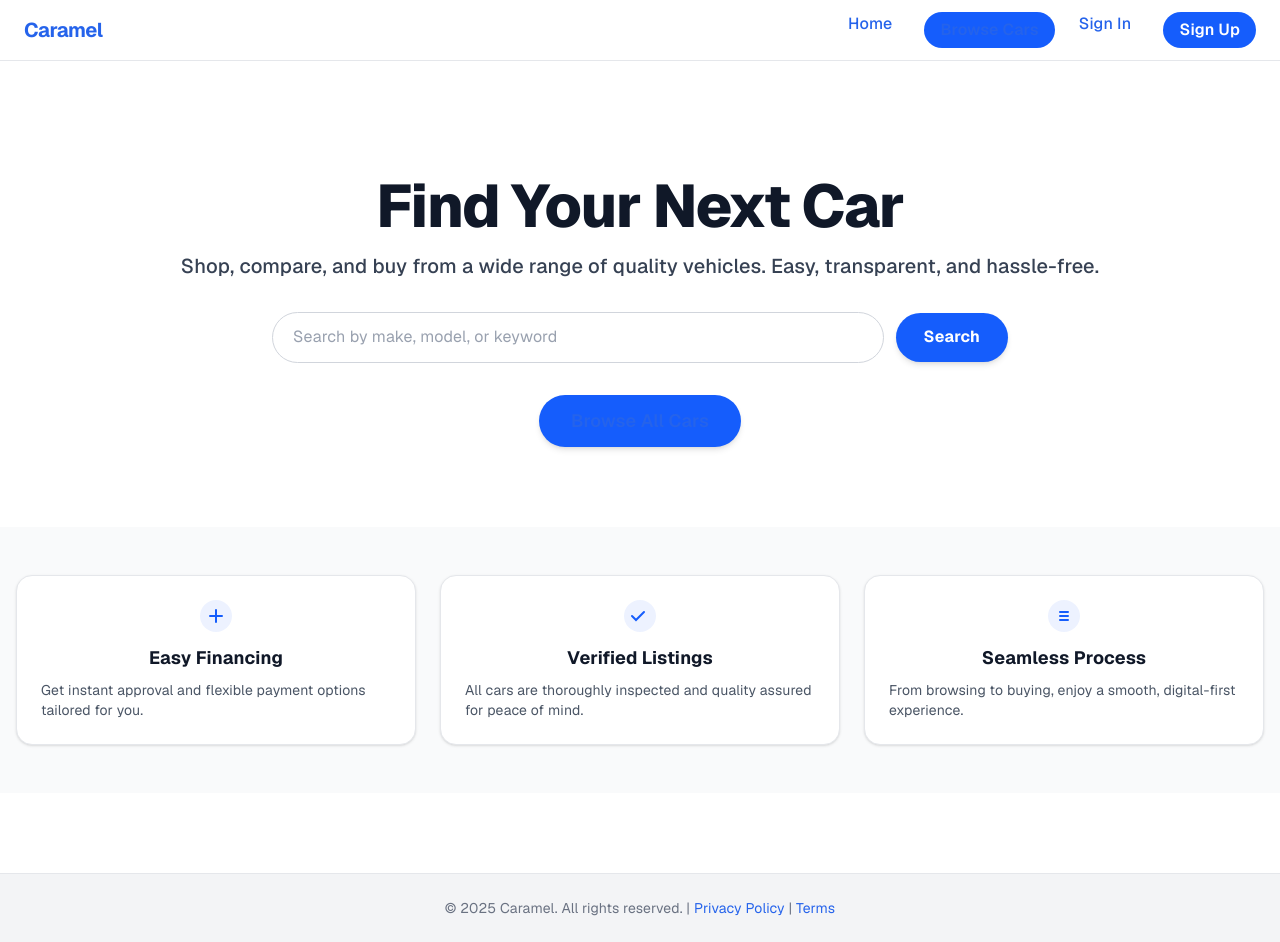
Repository: virat07/sellyourcar
Page: /
These files come from the project's save history. The page is drawn as it stood at one moment and after the next save; the edit follows.
The browser window is 1280 px wide. The pictures show the whole page.
The project was rebuilt for these pictures with package versions that can differ from the ones it lists, and the page was loaded fresh each time. The framework's server and built-in components were replaced by stand-ins that run in the browser. Also part of the build but not shown: next.config.ts.

Above is the page before, as saved 2025-07-18 15:36:41.

### src/app/layout.tsx
import type { Metadata } from "next";
import { Geist, Geist_Mono } from "next/font/google";
import "./globals.css";
import NavBar from "../components/NavBar";

const geistSans = Geist({
  variable: "--font-geist-sans",
  subsets: ["latin"],
});

const geistMono = Geist_Mono({
  variable: "--font-geist-mono",
  subsets: ["latin"],
});

export const metadata: Metadata = {
  title: "Create Next App",
  description: "Generated by create next app",
};

export default function RootLayout({
  children,
}: Readonly<{
  children: React.ReactNode;
}>) {
  return (
    <html lang="en">
      <body
        className={`${geistSans.variable} ${geistMono.variable} antialiased text-[var(--foreground)]`}
      >
        <NavBar />
        <div className="w-full px-0 pt-24 pb-12 min-h-[80vh]">
          {children}
        </div>
        <footer className="w-full bg-gray-100 border-t border-gray-200 py-6 mt-8">
          <div className="max-w-7xl mx-auto px-4 text-center text-gray-500 text-sm">
            &copy; {new Date().getFullYear()} Caramel. All rights reserved. | <a href="#" className="text-blue-600 hover:underline">Privacy Policy</a> | <a href="#" className="text-blue-600 hover:underline">Terms</a>
          </div>
        </footer>
      </body>
    </html>
  );
}

### src/app/page.tsx
import Link from "next/link";

export default function Home() {
  return (
    <main className=" bg-white">
      <div >
        <section className="w-full text-center py-20">
          <h1 className="text-5xl sm:text-6xl font-extrabold tracking-tight mb-4 text-gray-900">
            Find Your Next Car
          </h1>
          <p className="text-lg sm:text-xl text-gray-700 font-medium mb-8">
            Shop, compare, and buy from a wide range of quality vehicles. Easy, transparent, and hassle-free.
          </p>
          {/* Search Bar (not functional) */}
          <form className="w-full flex flex-col sm:flex-row items-center gap-3 mb-8 px-4 max-w-3xl mx-auto">
            <input
              type="text"
              placeholder="Search by make, model, or keyword"
              className="flex-1 px-5 py-3 rounded-full border border-gray-300 focus:border-blue-500 focus:ring-2 focus:ring-blue-200 outline-none text-lg bg-white text-gray-900 placeholder:text-gray-400"
              aria-label="Search cars"
            />
            <button
              type="submit"
              className="px-7 py-3 bg-blue-600 text-white font-bold rounded-full shadow-md hover:bg-blue-700 transition-all text-lg"
            >
              Search
            </button>
          </form>
          <Link
            href="/cars"
            className="inline-block px-8 py-3 bg-blue-600 text-white text-lg font-semibold rounded-full shadow-md hover:bg-blue-700 transition"
          >
            Browse All Cars
          </Link>
        </section>
      </div>
      <section className="w-full bg-gray-50 py-12">
        <div className="max-w-7xl mx-auto px-4 grid grid-cols-1 sm:grid-cols-3 gap-6">
          <div className="bg-white border border-gray-200 rounded-2xl p-6 shadow-sm flex flex-col items-center">
            <svg width="32" height="32" fill="none" className="mb-3 text-blue-600"><circle cx="16" cy="16" r="16" fill="currentColor" fillOpacity="0.08"/><path d="M10 16h12M16 10v12" stroke="currentColor" strokeWidth="2" strokeLinecap="round"/></svg>
            <h3 className="font-bold text-lg mb-2 text-gray-900">Easy Financing</h3>
            <p className="text-sm text-gray-600">Get instant approval and flexible payment options tailored for you.</p>
          </div>
          <div className="bg-white border border-gray-200 rounded-2xl p-6 shadow-sm flex flex-col items-center">
            <svg width="32" height="32" fill="none" className="mb-3 text-blue-600"><circle cx="16" cy="16" r="16" fill="currentColor" fillOpacity="0.08"/><path d="M8 16l4 4 8-8" stroke="currentColor" strokeWidth="2" strokeLinecap="round"/></svg>
            <h3 className="font-bold text-lg mb-2 text-gray-900">Verified Listings</h3>
            <p className="text-sm text-gray-600">All cars are thoroughly inspected and quality assured for peace of mind.</p>
          </div>
          <div className="bg-white border border-gray-200 rounded-2xl p-6 shadow-sm flex flex-col items-center">
            <svg width="32" height="32" fill="none" className="mb-3 text-blue-600"><circle cx="16" cy="16" r="16" fill="currentColor" fillOpacity="0.08"/><path d="M12 20h8M12 16h8M12 12h8" stroke="currentColor" strokeWidth="2" strokeLinecap="round"/></svg>
            <h3 className="font-bold text-lg mb-2 text-gray-900">Seamless Process</h3>
            <p className="text-sm text-gray-600">From browsing to buying, enjoy a smooth, digital-first experience.</p>
          </div>
        </div>
      </section>
    </main>
  );
}

### src/app/globals.css
@import "tailwindcss";

:root {
  --background: #fff;
  --accent: #2563eb;
  --border: #e5e7eb;
}

body {
  background: #fff;
  color: var(--foreground);
  font-family: var(--font-geist-sans, Arial, Helvetica, sans-serif);
  font-weight: 400;
  letter-spacing: 0.01em;
  line-height: 1.6;
  margin: 0;
  padding: 0;
}

* {
  box-sizing: border-box;
}

a {
  color: var(--accent);
  text-decoration: none;
  transition: color 0.2s;
}
a:hover {
  text-decoration: underline;
  color: #1d4ed8;
}

input, button, textarea, select {
  font-family: inherit;
  font-size: 1rem;
}

### src/components/NavBar.tsx
import Link from "next/link";

export default function NavBar() {
  return (
    <nav className="w-full bg-white border-b border-[var(--border)] py-3 px-6 flex items-center justify-between fixed top-0 left-0 z-50 shadow-none">
      <div className="text-xl font-bold tracking-tight text-[var(--accent)]">
        <Link href="/">Caramel</Link>
      </div>
      <div className="flex gap-6 text-base font-medium">
        <Link href="/" className="hover:text-[var(--accent)] transition-colors">Home</Link>
        <Link
          href="/cars"
          className="ml-2 px-4 py-1.5 bg-blue-600 text-white rounded-full hover:bg-blue-700 transition-colors font-semibold"
        >
          Browse Cars
        </Link>
        <Link href="/auth/signin" className="hover:text-[var(--accent)] transition-colors">Sign In</Link>
        <Link
          href="/auth/signup"
          style={{ color: "#fff" }}
          className="ml-2 px-4 py-1.5 bg-blue-600 rounded-full hover:bg-blue-700 transition-colors font-semibold"
        >
          Sign Up
        </Link>
      </div>
    </nav>
  );
}

After the next save:
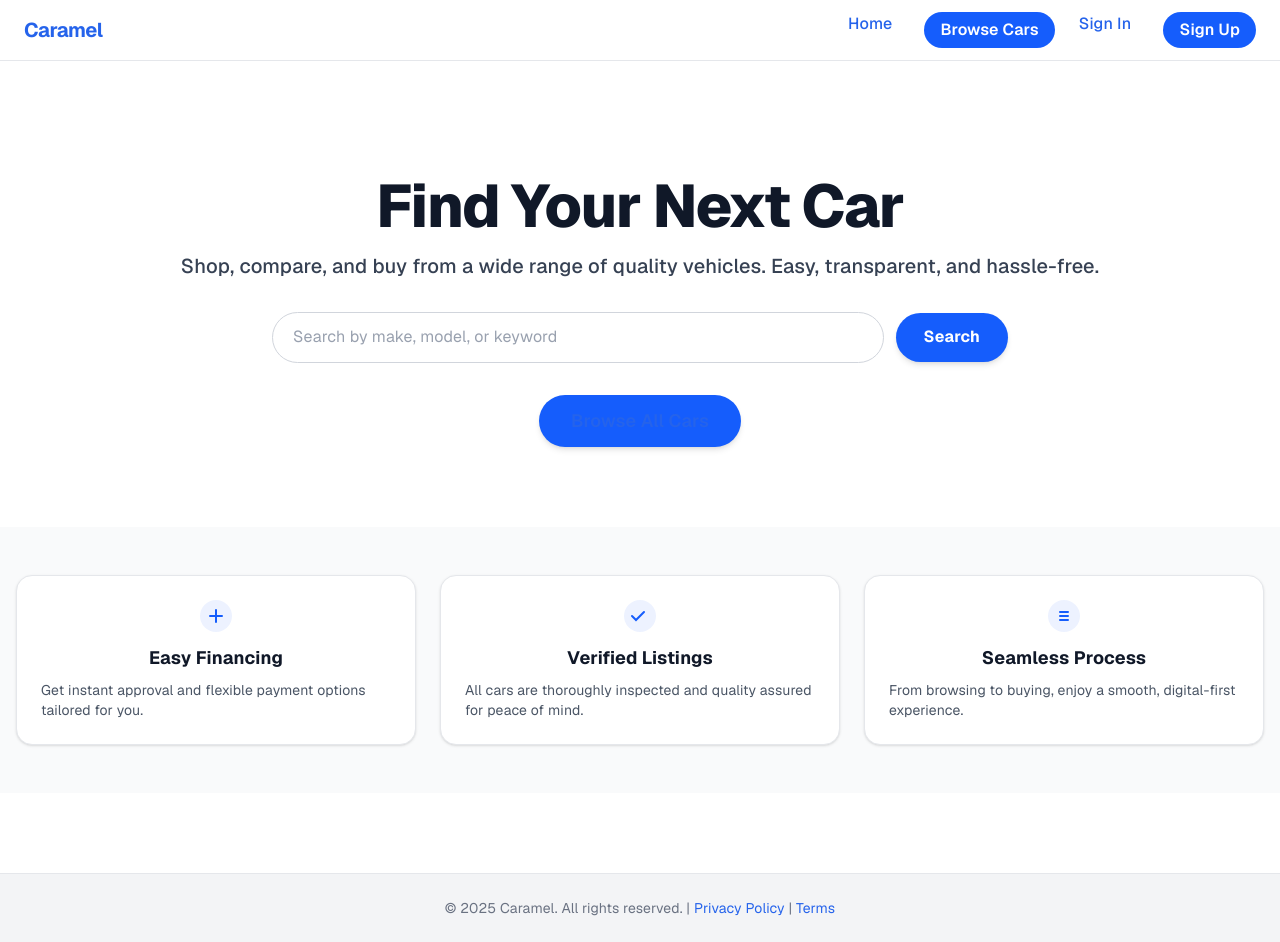
Saved 20 s later.
--- a/src/components/NavBar.tsx
+++ b/src/components/NavBar.tsx
@@ -10,7 +10,8 @@
         <Link href="/" className="hover:text-[var(--accent)] transition-colors">Home</Link>
         <Link
           href="/cars"
-          className="ml-2 px-4 py-1.5 bg-blue-600 text-white rounded-full hover:bg-blue-700 transition-colors font-semibold"
+          style={{ color: "#fff" }}
+          className="ml-2 px-4 py-1.5 bg-blue-600 rounded-full hover:bg-blue-700 transition-colors font-semibold"
         >
           Browse Cars
         </Link>

After the save that followed:
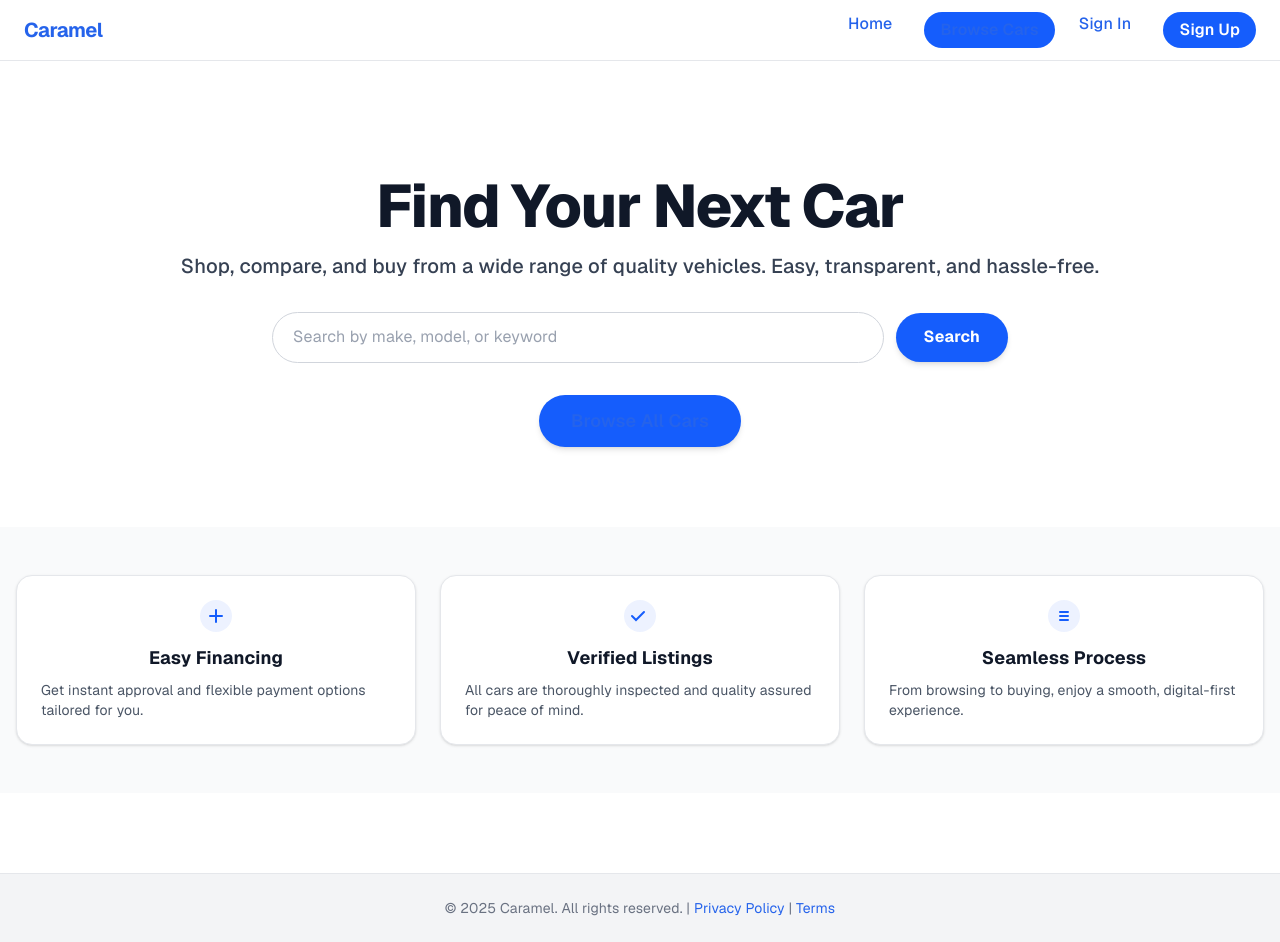
Saved 5 s later.
--- a/src/components/NavBar.tsx
+++ b/src/components/NavBar.tsx
@@ -10,8 +10,7 @@
         <Link href="/" className="hover:text-[var(--accent)] transition-colors">Home</Link>
         <Link
           href="/cars"
-          style={{ color: "#fff" }}
-          className="ml-2 px-4 py-1.5 bg-blue-600 rounded-full hover:bg-blue-700 transition-colors font-semibold"
+          className="ml-2 px-4 py-1.5 bg-blue-600 text-white rounded-full hover:bg-blue-700 transition-colors font-semibold"
         >
           Browse Cars
         </Link>
